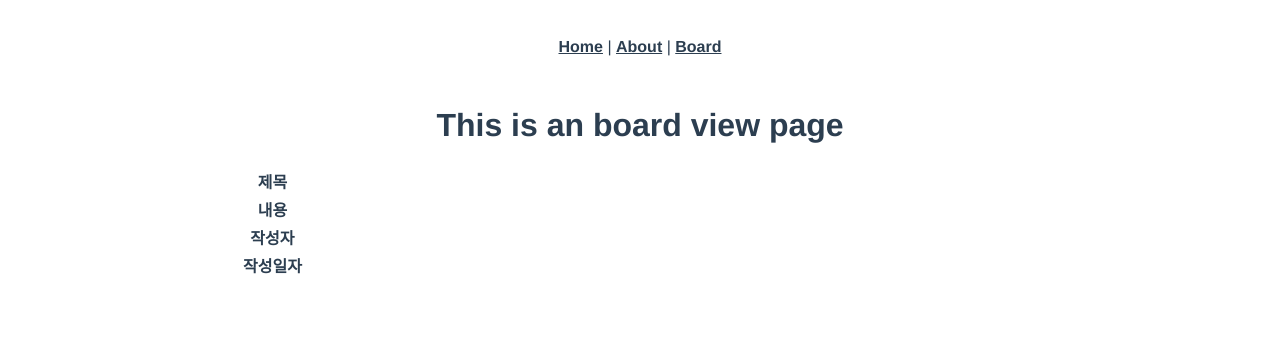
Repository: Nohyunjin/vuesomething
Page: /boardview (app in testvue/)
The author's editor kept a copy of each file at every save. The page is drawn from the files as they stood at one save, then again after the next save.
The browser window is 1280 px wide. The pictures show the whole page.
The page's requests for data from a server got no answer. The project was rebuilt for these pictures with package versions that can differ from the ones it lists, and the page was loaded fresh each time. No one was signed in, and anything a server would have sent is missing. Also part of the build but not shown: testvue/vue.config.js, testvue/src/components/HelloWorld.vue, testvue/src/views/HomeView.vue.

Above is the page before, as saved 2022-05-03 10:59:50.

### testvue/src/main.js
import { createApp } from 'vue'
import App from './App.vue'
import router from './router'
import axios from 'axios'

const app = createApp(App).use(router)
app.config.globalProperties.axios = axios
app.mount('#app')

### testvue/src/App.vue
<template>
  <nav>
    <router-link to="/">Home</router-link> |
    <router-link to="/about">About</router-link> |
    <router-link to="/board">Board</router-link>
  </nav>
  <router-view/>
</template>

<style>
#app {
  font-family: Avenir, Helvetica, Arial, sans-serif;
  -webkit-font-smoothing: antialiased;
  -moz-osx-font-smoothing: grayscale;
  text-align: center;
  color: #2c3e50;
}

nav {
  padding: 30px;
}

nav a {
  font-weight: bold;
  color: #2c3e50;
}

nav a.router-link-exact-active {
  color: #42b983;
}
</style>

### testvue/src/router/index.js
import { createRouter, createWebHistory } from 'vue-router'
import HomeView from '../views/HomeView.vue'

const routes = [
  {
    path: '/',
    name: 'home',
    component: HomeView
  },
  {
    path: '/about',
    name: 'About',
    // route level code-splitting
    // this generates a separate chunk (about.[hash].js) for this route
    // which is lazy-loaded when the route is visited.
    component: () => import(/* webpackChunkName: "about" */ '../views/AboutView.vue')
  },
  {
    path: '/board',
    name: 'BoardList',
    component: () => import('@/views/BoardList.vue')
  },
  {
    path: '/boardview',
    name: 'BoardView',
    component: () => import('@/views/BoardView.vue')
  }
]

const router = createRouter({
  history: createWebHistory(process.env.BASE_URL),
  routes
})

export default router

### testvue/src/views/BoardView.vue
<template>
  <div class="board">
		<h1>This is an board view page</h1>
    <table>
			<colgroup>
				<col style="width:18.5%">
				<col style="width:">
			</colgroup>
			<tbody>
				<tr>
					<th scope="row">제목</th>
					<td class="title">{{boardItem.subject}}</td>
				</tr>
				<tr>
					<th scope="row">내용</th>
					<td>{{boardItem.content}}</td>
				</tr>
				<tr>
					<th scope="row">작성자</th>
					<td>{{boardItem.writer}}</td>
				</tr>
				<tr>
					<th scope="row">작성일자</th>
					<td>{{boardItem.writedate}}</td>
				</tr>
			</tbody>
		</table>
	</div>
</template>

<script>
export default {
  name:'BoardView',
  data() {
    return {
      boardItem : {}
    }
  },
  methods : {
    getBoardRead() {
      this.axios.get("http://localhost:9000/boards/" + this.$route.query.boardNo).then((res)=>{
        console.log(res);
        this.boardItem = res.data.data;
      }).catch((err) => {
        console.log(err);
      });
    }
  },
  mounted() {
    this.getBoardRead()
  },
}
</script>

<style>
.board {
  width : 800px;
  margin : 20px auto;
}
</style>

Loaded but not shown: testvue/public/index.html (common file)

After the next save:
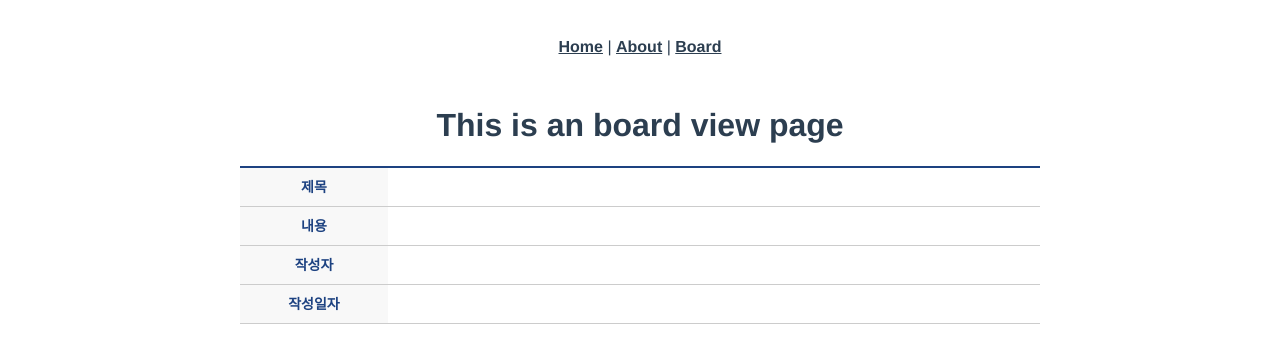
Saved 98 s later.
--- a/testvue/src/views/BoardView.vue
+++ b/testvue/src/views/BoardView.vue
@@ -52,9 +52,31 @@ export default {
 }
 </script>
 
-<style>
+<style scoped>
 .board {
-  width : 800px;
-  margin : 20px auto;
+  width:800px;
+  margin: 20px auto;
 }
+.board table {
+  width:100%;
+  border-top:2px solid #1d4281; border-spacing:0;
+}
+.board table th {
+  padding:8px 10px 10px 10px;
+  vertical-align:middle;
+  color:#1d4281;
+  font-size:14px;
+  border-bottom:1px solid #ccc;
+  background:#f8f8f8;
+}
+.board table td {
+  padding:7px 20px 9px 20px;
+  text-align:left;
+  vertical-align:middle;
+  border-bottom:1px solid #ccc;
+  font-size:14px;
+  line-heighT:150%;
+}
+.board table td.title {
+  font-weight: bold; }
 </style>
